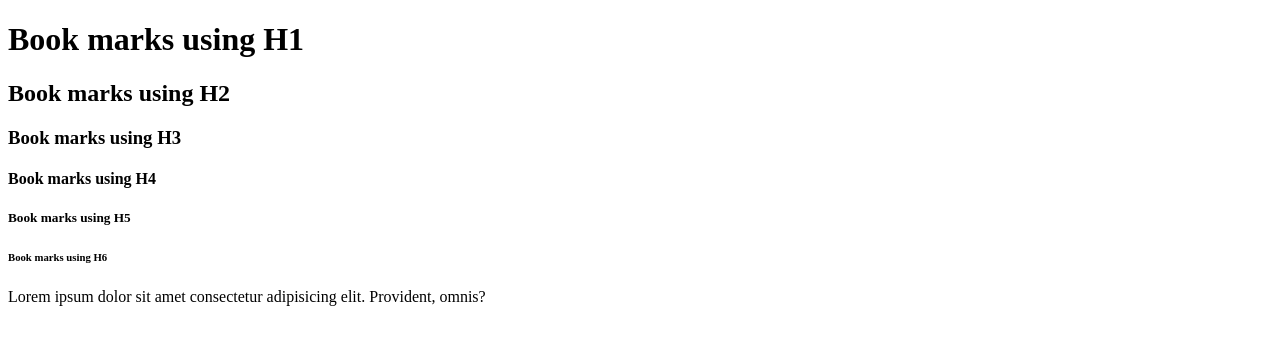
Repository: Mohan2347/Project-2
Page: 2.html
An editor plug-in stored every save of this project. The page is shown before and after the next save, followed by the edit.
The browser window is 1280 px wide. The pictures show the whole page.

Above is the page before, as saved 2024-11-02 20:38:03.

After the next save:
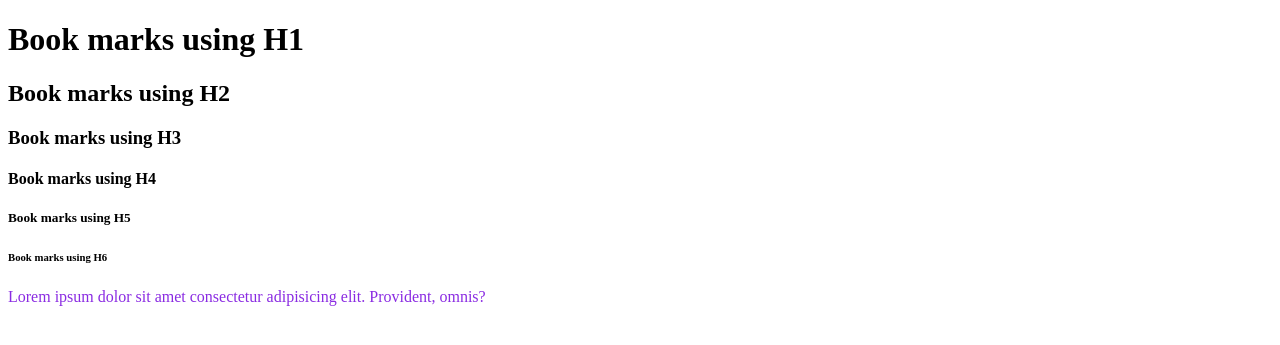
Saved 6 s later.
--- a/2.html
+++ b/2.html
@@ -13,6 +13,6 @@
     <h5>Book marks using H5</h5>
     <h6>Book marks using H6</h6>
 
-    <p style="color: ;">Lorem ipsum dolor sit amet consectetur adipisicing elit. Provident, omnis?</p>
+    <p style="color: blueviolet;">Lorem ipsum dolor sit amet consectetur adipisicing elit. Provident, omnis?</p>
 </body>
 </html>
